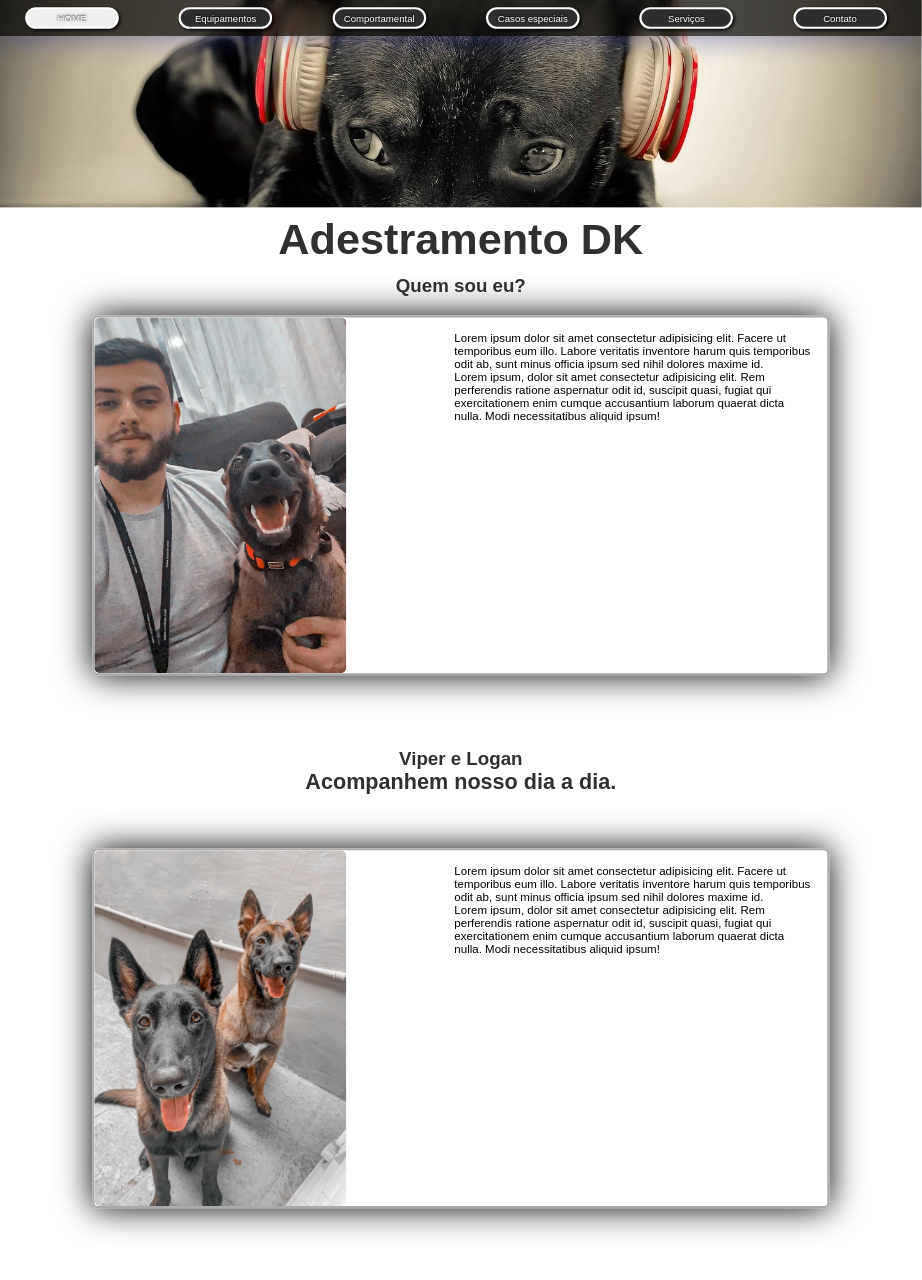
Repository: KevynMarques/Blog-React-StyledComponent
Page: /
The author's editor kept a copy of each file at every save. The page is drawn from the files as they stood at one save, then again after the next save.
The browser window is 1280 px wide. The pictures show the whole page, at 72% of full size.
The project was rebuilt for these pictures with package versions that can differ from the ones it lists, and the page was loaded fresh each time. Also part of the build but not shown: src/Components/Equipamentos/style.jsx, src/Components/Equipamentos/index.jsx, src/Components/Comportamental/style.jsx, src/Components/Comportamental/index.jsx, src/Components/Clientes/style.jsx, src/Components/Clientes/index.jsx, src/Components/Serviços/index.jsx, src/Components/Contato/index.jsx.

Above is the page before, as saved 2022-02-11 12:59:11.

### src/App.js
import Home from './Components/Home';
import Sobre from './Components/Sobre/index';
import { useState, useEffect } from 'react';
import { GlobalStyle } from './GlobalStyle';
import Geral from './Components/Geral/index';

function App() {

  const [geral, setGeral]=useState(<Sobre />);

  return (
    <>
    <Home setGeral={setGeral} />
    <Geral geral={geral} />
    <GlobalStyle/>
   </>
  );
}

export default App;

### src/Components/Home/index.jsx
import React from "react"
import { Home,  HomeB, Equip, Comportamental, MeusCaes, Serviços, Contato } from "./Style"
import Equipamentos from "../Equipamentos/index"
import Sobre from '../Sobre/index'
import Comport  from '../Comportamental/index'
import Clientes from '../Clientes/index'
import Serv from "../Serviços"
import Cont from '../Contato/index'



export default (props) => {


  return (
   <>
    <Home>

       <HomeB
         corTeste="#4e14ee"
         onClick={() =>(props.setGeral(<Sobre />))}>
         <p>HOME</p>
       </HomeB>

       <Equip onClick={()=>(props.setGeral(<Equipamentos />))}>
        <p>Equipamentos</p>
       </Equip>

       <Comportamental onClick={() =>(props.setGeral(<Comport />))} >
         <p>Comportamental</p>
       </Comportamental>

       <MeusCaes onClick={() =>(props.setGeral(<Clientes />))} >
         <p>Casos especiais</p>
       </MeusCaes>

       <Serviços onClick={() =>(props.setGeral(<Serv />))}>
         <p>Serviços</p>
       </Serviços>

       <Contato onClick={() =>(props.setGeral(<Cont />))}>
         <p>Contato</p>
      </Contato>

    </Home>
    </>
  );
}

### src/Components/Sobre/index.jsx
import { Sobre, Tittle, Dogs, Baner} from "./style"
import Foto from '../Image/foto.png'
import LV from '../Image/LV.jpg';
import Dog from '../Image/Dog.png'

export default () => {
  return (
<>
     <Baner>
       <img src={Dog} />
     </Baner>

   <Tittle>
    <h1>Adestramento DK</h1>
      <h2>Quem sou eu?</h2>
    </Tittle>


  <Sobre>
    <section>
    <p>Lorem ipsum dolor sit amet consectetur adipisicing elit. Facere ut temporibus eum illo. Labore veritatis inventore harum quis temporibus odit ab, sunt minus officia ipsum sed nihil dolores maxime id.
      <br></br>
    Lorem ipsum, dolor sit amet consectetur adipisicing elit. Rem perferendis ratione aspernatur odit id, suscipit quasi, fugiat qui exercitationem enim cumque accusantium laborum quaerat dicta nulla. Modi necessitatibus aliquid ipsum!
    </p>
       <div>
        <img src={Foto} />
       </div>
    </section>
  </Sobre>


  <Tittle>
      <h2>Viper e Logan</h2>
      <p>Acompanhem nosso dia a dia.</p>
    </Tittle>

<Dogs>
<section>
    <p>Lorem ipsum dolor sit amet consectetur adipisicing elit. Facere ut temporibus eum illo. Labore veritatis inventore harum quis temporibus odit ab, sunt minus officia ipsum sed nihil dolores maxime id.
      <br></br>
    Lorem ipsum, dolor sit amet consectetur adipisicing elit. Rem perferendis ratione aspernatur odit id, suscipit quasi, fugiat qui exercitationem enim cumque accusantium laborum quaerat dicta nulla. Modi necessitatibus aliquid ipsum!
    </p>
       <div>
        <img src={LV} />
       </div>
    </section>
</Dogs>

</>

  );
}

### src/GlobalStyle.js
import { createGlobalStyle } from 'styled-components';
import styled from 'styled-components';

 export const GlobalStyle = createGlobalStyle`
  * {
    margin: 0;
    padding: 0;
    box-sizing: border-box;

  }
`;

### src/Components/Geral/index.jsx
import React from "react"

export default (props) => {

  return (

    <>
    {props.geral}
    </>

  );

}

### src/Components/Home/Style.jsx
import styled from "styled-components";


export const  Home  = styled.div `
     width: 100vw;
     height: 50px;
     margin: 0;
     position: fixed;
     z-index: 99999;
     background: rgba( 0, 0, 0, 0.7 );
     box-shadow: 0 8px 32px 0 rgba( 31, 38, 135, 0.37 );
     backdrop-filter: blur( 7.5px );
     -webkit-backdrop-filter: blur( 7.5px );
     color:white;
     display: flex;
     align-items: center;
     justify-content: center;
`;

export const HomeB = styled.button `

font-family: Arial, Helvetica, sans-serif;
font-style:normal;
color:#ffffff;
border:3px solid #ffffff;
text-shadow:0px -1px 3px #000000;
box-shadow:2px 2px 5px #000000;
-moz-box-shadow:2px 2px 5px #000000;
-webkit-box-shadow:2px 2px 5px #000000;
border-radius:25px 25px 25px 25px;
-moz-border-radius:25px 25px 25px 25px;
-webkit-border-radius:25px 25px 25px 25px;
width:130px;
height: 30px;
background:${props => props.CorTeste};

&:hover {
  background-color: black;
}

cursor:pointer;
margin:0 auto;
margin-left: 35px;

&:active {
  transform: scale(0.9);
}

`;


export const Equip = styled(HomeB) `

background:#2e2e2e;

`;

export const Comportamental = styled(HomeB) `

background:#2e2e2e;

`;


export const MeusCaes = styled(HomeB) `

background:#2e2e2e;

`;


export const Serviços = styled(HomeB) `

background:#2e2e2e;

`;

export const Contato = styled(HomeB) `

background:#2e2e2e;

`;

### src/Components/Sobre/style.jsx
import styled from "styled-components";

export const Baner= styled.div `
  width: 100%;
  height: 40vh;


    img {
    width: 100%;
    height: 100%;
    object-fit: cover;

    }
`;


export const Tittle = styled.h1`
@import url('https://fonts.googleapis.com/css2?family=Prompt:ital,wght@1,300&display=swap');
color: #312f2f;
font-size: 30px;
font-family: 'Prompt', sans-serif;
text-align: center;
height: 40px;
margin-top: 10px;

      h2 {
      font-size:26px ;
      margin-top: 15px;
      }
`;

export const  Sobre  = styled.section `
  height: 500px;
  border: solid 3px #aaaaaa;
  width: 80vw;
  margin: 100px  10%;
  border-radius: 8px;
  box-shadow: 0 0 3em Black;
  display: flex;


  div {
    width: 35%;
    height:494px;
    margin-top: -146px;
  }

  img {
    object-fit: cover;
    width: 100%;
    height: 100%;
    border-radius: 8px;
  }

p {
    width: 500px;
    margin-left: 500px;
    margin-top: 20px;
    font-size: 16px;
    font-family: Arial, Helvetica, sans-serif;
  }
`;



export const  Dogs  = styled(Sobre) `

`;

Loaded but not shown: public/index.html (common file); src/index.js (common file)

After the next save:
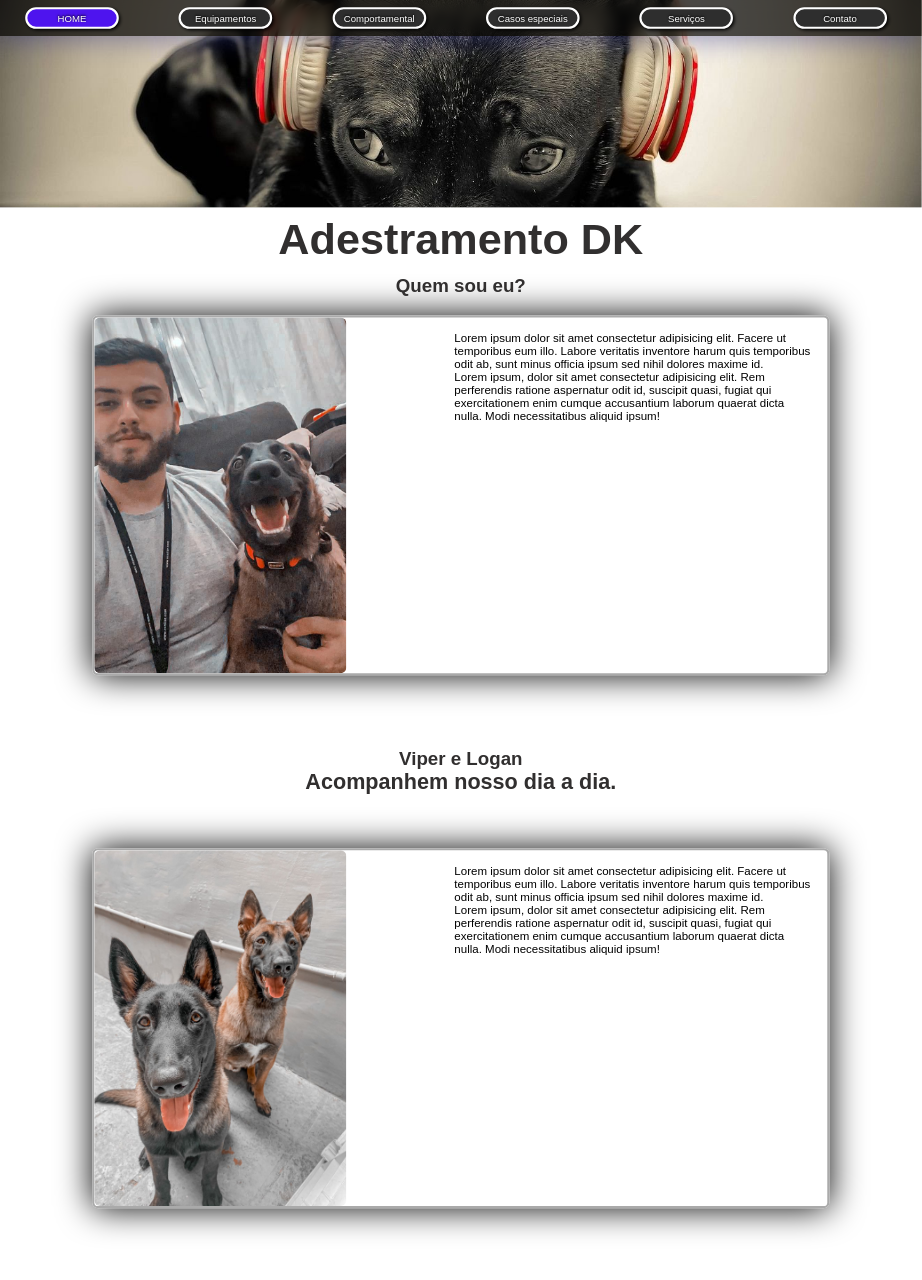
Saved 7 s later.
--- a/src/Components/Home/Style.jsx
+++ b/src/Components/Home/Style.jsx
@@ -32,7 +32,7 @@ border-radius:25px 25px 25px 25px;
 -webkit-border-radius:25px 25px 25px 25px;
 width:130px;
 height: 30px;
-background:${props => props.CorTeste};
+background:${props => props.corTeste};
 
 &:hover {
   background-color: black;
